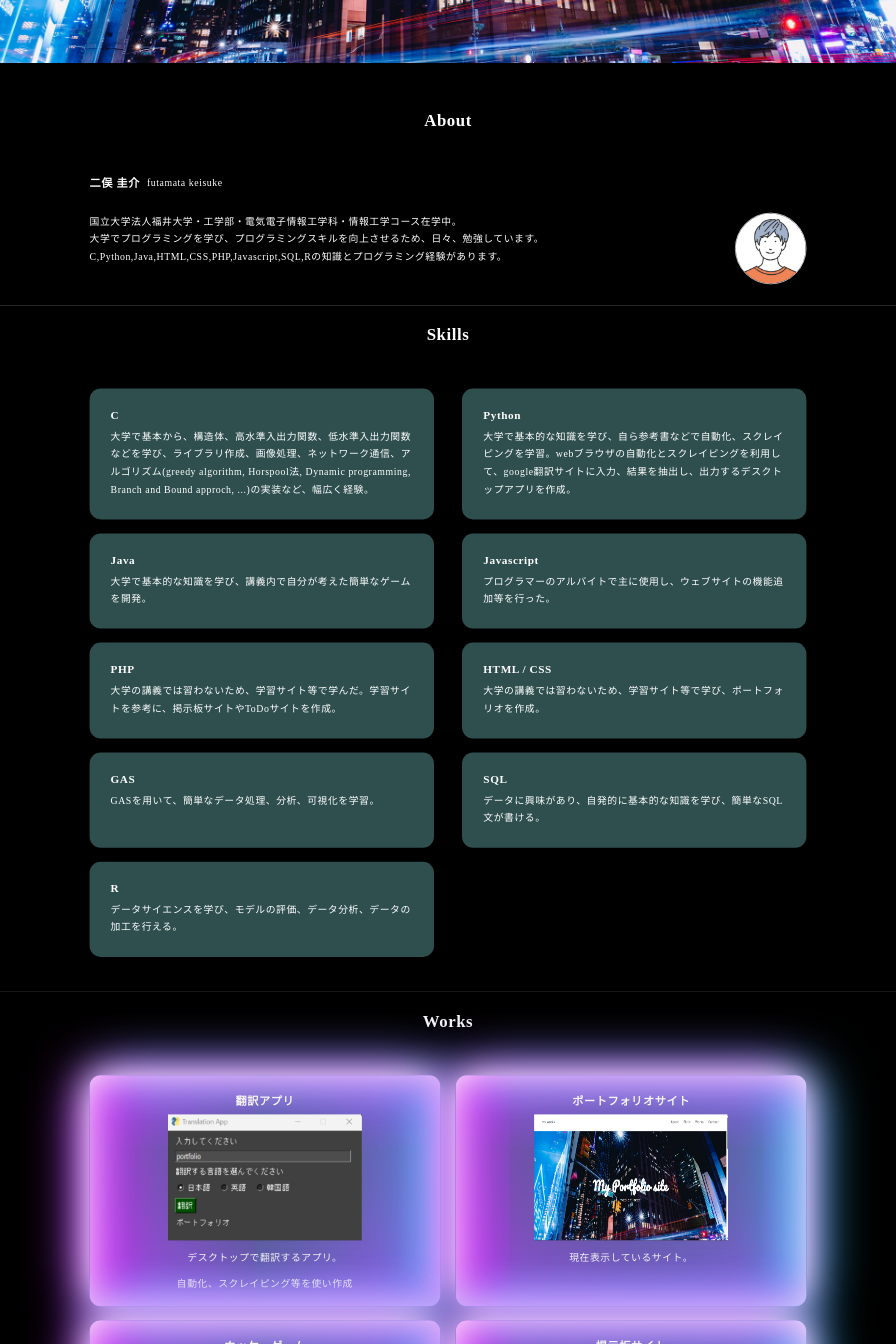
Repository: F-ksk/portfolio
Page: index.html
These files come from the project's save history. The page is drawn as it stood at one moment and after the next save; the edit follows.
The browser window is 1280 px wide. The pictures show the part of the page from y = 540 to 2460 px (the page is 3705 px tall), at 70% of full size.

Above is the page before, as saved 2023-11-13 00:41:42.

### index.html
<!DOCTYPE html>
<html>
    <head>
        <meta charset="UTF-8" />
        <meta http-equiv="X-UA-Compatible" content="IE=edge" />
        <meta name="viewport" content="width=device-width, initial-scale=1.0" />
        <meta name="robots" content="noindex" />
        <title>FK Portfolio</title>
        <link rel="stylesheet" href="css/reset.css" />
        <link rel="stylesheet" href="css/style.css" />
    </head>
    <body>

        <header>
            <a href="index.html">FK works</a>
            <nav>
                <ul>
                    <li><a href="#about">About</a></li>
                    <li><a href="#skills">Skills</a></li>
                    <li><a href="#works">Works</a></li>
                    <li><a href="#contact">Contact</a></li>
                </ul>
            </nav>
        </header>

        <div class="main-visual">
            <div>
                <h1>My Portfolio site</h1>
            </div>
        </div>

        <section id="about">
            <h2>About</h2>
            <div id="about-name">
                <h3>二俣 圭介</h3>
                <p>futamata keisuke</p>
            </div>
            <div id="about-detail">
                <p>
                    国立大学法人福井大学・工学部・電気電子情報工学科・情報工学コース在学中。<br>
                    大学でプログラミングを学び、プログラミングスキルを向上させるため、日々、勉強しています。
                    C,Python,Java,HTML,CSS,PHP,Javascript,SQL,Rの知識とプログラミング経験があります。<br>
                </p>
                <img src="./img/man.jpg">
            </div>
        </section>
        <section id="skills">
            <h2>Skills</h2>
            <div class="skill-list">
                <div class="skill-item">
                    <h3>C</h3>
                    <p>大学で基本から、構造体、高水準入出力関数、低水準入出力関数などを学び、ライブラリ作成、画像処理、ネットワーク通信、アルゴリズム(greedy algorithm, Horspool法, Dynamic programming, Branch and Bound approch, ...)の実装など、幅広く経験。</p>
                </div>
                <div class="skill-item">
                    <h3>Python</h3>
                    <p>大学で基本的な知識を学び、自ら参考書などで自動化、スクレイピングを学習。webブラウザの自動化とスクレイピングを利用して、google翻訳サイトに入力、結果を抽出し、出力するデスクトップアプリを作成。</p>
                </div>
                <div class="skill-item">
                    <h3>Java</h3>
                    <p>大学で基本的な知識を学び、講義内で自分が考えた簡単なゲームを開発。</p>
                </div>
                <div class="skill-item">
                    <h3>Javascript</h3>
                    <p>プログラマーのアルバイトで主に使用し、ウェブサイトの機能追加等を行った。</p>
                </div>
                <div class="skill-item">
                    <h3>PHP</h3>
                    <p>大学の講義では習わないため、学習サイト等で学んだ。学習サイトを参考に、掲示板サイトやToDoサイトを作成。</p>
                </div>
                <div class="skill-item">
                    <h3>HTML / CSS</h3>
                    <p>大学の講義では習わないため、学習サイト等で学び、ポートフォリオを作成。</p>
                </div>
                <div class="skill-item">
                    <h3>GAS</h3>
                    <p>GASを用いて、簡単なデータ処理、分析、可視化を学習。</p>
                </div>
                <div class="skill-item">
                    <h3>SQL</h3>
                    <p>データに興味があり、自発的に基本的な知識を学び、簡単なSQL文が書ける。</p>
                </div>
                <div class="skill-item">
                    <h3>R</h3>
                    <p>データサイエンスを学び、モデルの評価、データ分析、データの加工を行える。</p>
                </div>
            </div>
        </section>
        <section id="works">
            <h2>Works</h2>
            <div class="work-item">
                <div class="work-description">
                    <h3>翻訳アプリ</h3>
                    <img src="./img/portfolio.jpg">
                    <p>デスクトップで翻訳するアプリ。</p>
                    <p>自動化、スクレイピング等を使い作成</p>
                </div>

                <div class="work-description">
                    <h3>ポートフォリオサイト</h3>
                    <img src="./img/portfolio(2).png">
                    <p>現在表示しているサイト。</p>
                </div>

                <div class="work-description">
                    <h3>ホッケーゲーム</h3>
                    <img src="./img/hokey.png">
                    <p>ホッケーのゲーム。Javaで作成</p>
                </div>

                <div class="work-description">
                    <h3>掲示板サイト</h3>
                    <img src="./img/掲示板.png">
                    <p>HTML,CSS,PHPを使い、</p>
                    <p>データベースなども学びながら作成</p>
                </div>

                <div class="work-description">
                    <h3>ToDoサイト</h3>
                    <img src="./img/todo.png">
                    <p>フレームワークにLaravelを使い、</p>
                    <p>マイグレーションファイル、UI等作成</p>
                </div>

            </div>
        </section>
        <section id="contact">
            <h2>Contact</h2>
            <div class="contact-form">
                <!--<iframe src="https://docs.google.com/forms/d/e/1FAIpQLSfhIRxsClYk-LjjOeqSs9rPikyz6iXAlGFSL5PuYS38eefG3A/viewform?embedded=true" width="640" height="682" frameborder="0" marginheight="0" marginwidth="0">読み込んでいます…</iframe> -->

                <form action="https://docs.google.com/forms/u/0/d/e/1FAIpQLSfhIRxsClYk-LjjOeqSs9rPikyz6iXAlGFSL5PuYS38eefG3A/formResponse" target="_self" method="POST" id="mG61Hd">
                    <dl>
                        <dt>お名前</dt>
                        <dd><input name="entry.{1209985459}" type="text" required="required" id="textfield" class="g_form"></dd>
                        <dt>メールアドレス</dt>
                        <dd><input name="entry.{1499214278}" type="text" class="g_form" id="textfield2"></dd>
                        <dt>問い合わせ内容</dt>
                        <dd><textarea name="entry.{1422841443}" required class="g_form_text" id="entry.{1422841443}"></textarea></dd>
                      </dl>
                      <div class="button"><input type="submit" class="btbt"></div>
                </form>

            </div>
        </section>
        <footer>
            <p>&copy; futamata keisuke</p>
        </footer>
    </body>
</html>

### css/style.css
@charset "UTF-8";
@import url('https://fonts.googleapis.com/css2?family=Roboto:wght@100;300;400;500;700;900&display=swap');
@import url('https://fonts.googleapis.com/css2?family=Noto+Sans+JP:wght@300;400;500;700;900&display=swap');
@import url('https://fonts.googleapis.com/css2?family=Pacifico&display=swap');

html {
  font-size: 100%;
}

body {
    color: #24292e;
    letter-spacing: 0.05em;
}

a,a:visited {
    color: #24292e;
    text-decoration: none;
}

img {
    max-width: 100%;
}

li {
    list-style: none;
}

p {
    line-height: 1.8;
    font-size: 14px;
}

h1 {
    font-size: 60px;
    font-family: 'Pacifico';
}

h2 {
    font-size: 1.5rem;
    text-align: center;
    margin-bottom: 65px;
}

h3 {
    font-size: 16px;
}

header {
    max-width: 100%;
    background-color: #fff;
    display: flex;
    justify-content: space-between;
    height: 80px;
    padding: 0 4%;
    align-items: center;
    position: sticky;
    top: 0;
}

header ul {
    display: flex;
}

header li {
    margin-left: 30px;
}

.main-visual {
    width: 100%;
    height: 550px;
    background-image: url(../img/town.jpg);
    background-size: cover;
    color: #FFF;
    text-align: center;
    display: flex;
    justify-content: center;
    align-items: center;
}

.main-visual p {
    margin-top: 20px;
    font-size: 18px;
}

#about{
    background-color: black;
    color: #fff;
}

#about-name{
    display: flex;
    justify-content: flex-start;
    align-items: center;
}

#about h2 {
    margin-top: 40px;
}

#about h3 {
    margin-right: 10px;
}

#about p {
    width: 80%;
}

#about-detail {
    margin-top: 30px;
    display: flex;
    justify-content: space-between;
}

#about img {
    width: 100px;
    height: 100px;
    border-radius: 50%;
    object-fit: cover;
    border-style: solid;
    border-width: 1px;
}

section {
    padding: 30px 10%;
}

#skills {
    background-color: black;
    color: white;
}

#skills h3 {
    margin-bottom: 10px;
}

.skill-list {
    display: flex;
    justify-content: space-between;
    flex-wrap: wrap;
}

.skill-item {
    width: 48%;
    background-color: darkslategrey;
    border-radius: 16px;
    margin-bottom: 20px;
    padding: 30px;
    box-sizing: border-box;
    box-shadow:
    box-shadow:
    inset 0 0 60px whitesmoke,
    inset 20px 0 80px #444, /* グレーの影 */
    inset -20px 0 80px #444, /* グレーの影 */
    inset 20px 0 300px #444, /* グレーの影 */
    inset -20px 0 300px #444, /* グレーの影 */
    0 0 50px #444, /* グレーの影 */
    -10px 0 80px #444, /* グレーの影 */
    10px 0 80px #444; /* グレーの影 */
}

.work-item {
    display: flex;
    justify-content: space-between;
    flex-wrap: wrap;
}

#works{
    background-color: black;
    color: whitesmoke;
}

#works img {
    width: 60%;
    height: 180px;
}

.work-description {
    padding: 20px;
    background-color:darkslategray;
    border-radius: 16px;
    margin-bottom: 20px;
    width: 45%;
    text-align: center;
    box-shadow:
    inset 0 0 60px whitesmoke,
    inset 20px 0 80px #f0f,
    inset -20px 0 80px #0ff,
    inset 20px 0 300px #f0f,
    inset -20px 0 300px #0ff,
    0 0 50px #fff,
    -10px 0 80px #f0f,
    10px 0 80px #0ff;
}

.work-description p {
    margin-top: 10px;
}

.work-description h3 {
    margin-top: 10px;
    margin-bottom: 10px;
}

#contact {
    background-color: black;
    color: white;
    text-align: center;
}

#contact form {
    width: 70%;
    margin: 0 auto;
}

#contact dl {
    display: flex;
    flex-wrap: wrap;
    margin-bottom: 20px;
}

#contact dt {
    width: 15%;
    font-size: 13px;
}

#contact dd {
    width: 85%;
    margin-bottom: 10px;
}

#contact dd input,
#contact dd textarea {
    width: 100%;
    border: solid 1px #999999;
    padding: 10px;
    background-color: #fff;
    border-radius: 8px;
}

#contact dd textarea {
    height: 10rem;
}

#contact .button {
    text-align: center;
}

#contact .button input {
    width: 200px;
    background-color: #24292e;
    color: #fff;
    padding: 15px 0;
    border: solid 1px #24292e;
}

#contact .button input:hover {
    background: #fff;
    color: #24292e;
}

footer {
    background-color: #24292e;
    color: #fff;
    font-size:  0.5rem;
    padding: 10px 20px;
    text-align: center;
}

@media screen and (max-width: 414px) {
	h2 {
        margin-bottom: 30px;
    }

    header {
        max-width: 100%;
        flex-direction: column;
        height: auto;
        padding: auto;
    }

    #about {
        text-align:  center;
    }

    #about h3 {
        margin: 0;
    }

    #about-name {
        flex-direction: column;
        align-items: center;
    }

    #about-detail {
        flex-direction: flex;
        flex-direction: column-reverse;
        align-items: center;
    }

    #about-detail p {
        text-align: left;
        margin-top: 30px;
        width: 100%;
    }

    .skill-item {
        width: 100%;
    }

    .work-item {

        width: 90%;
        flex-direction: column;
    }

    #works img {
        width: 100%;
        height: 120px;
        margin-bottom: 10px;
    }

    .work-description {
        margin-bottom: 30px;
        width: 100%;
    }

    #contact form {
        text-align: center;
    }

    #contact input {
        width: 100%;
    }

    #contact dl{
        flex-direction: column;
        width: 100%;
    }

    #contact dt{
        width: auto;
        margin-bottom: 5px;
    }

    #contact dd{
        width: 90%;
    }
}

Loaded but not shown: css/reset.css (common file)

After the next save:
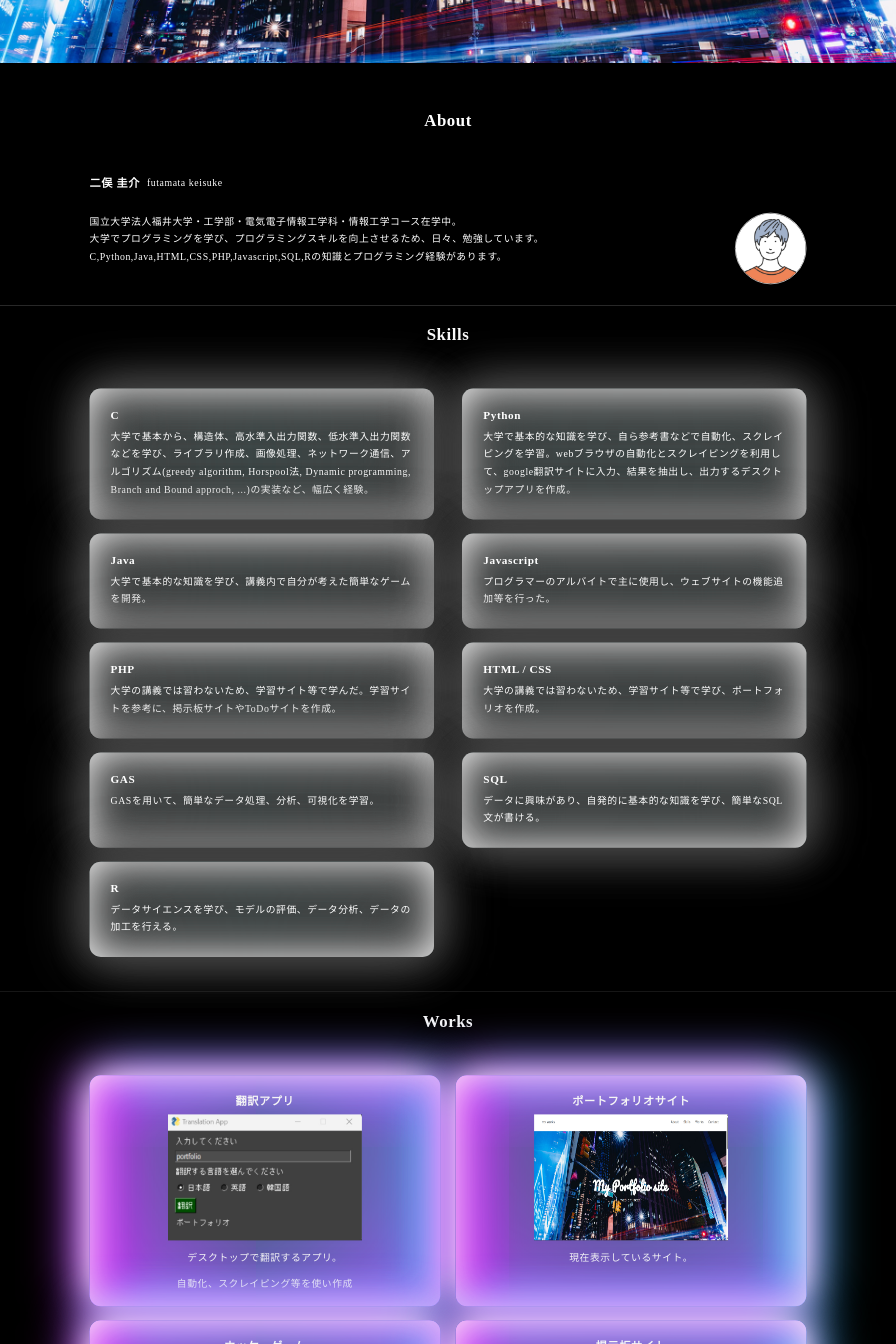
Saved 7 s later.
--- a/css/style.css
+++ b/css/style.css
@@ -146,7 +146,6 @@ section {
     margin-bottom: 20px;
     padding: 30px;
     box-sizing: border-box;
-    box-shadow:
     box-shadow:
     inset 0 0 60px whitesmoke,
     inset 20px 0 80px #444, /* グレーの影 */
